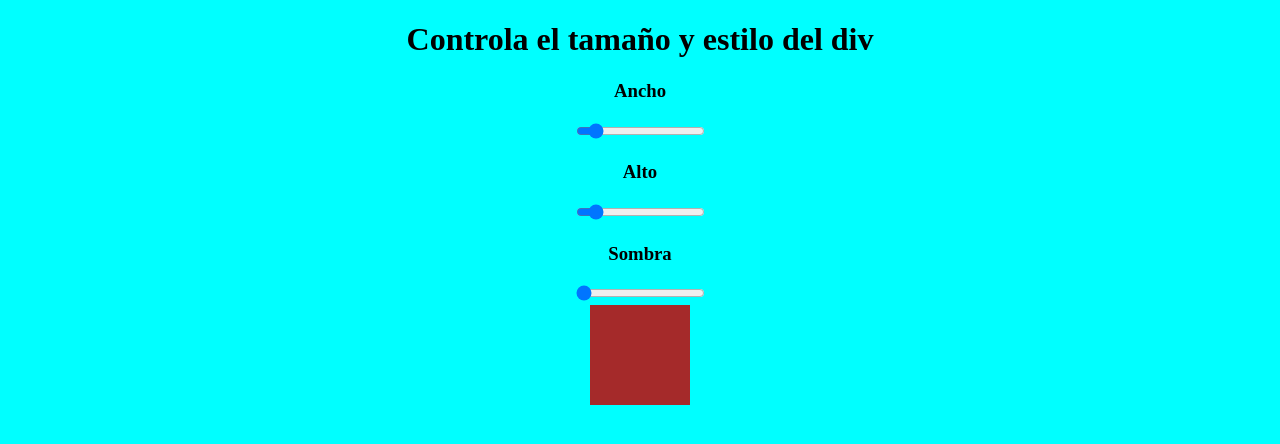
Repository: Kevin8548/Ejercicios-DOM
Page: Deslizador.html
The author's editor kept a copy of each file at every save. The page is drawn from the files as they stood at one save, then again after the next save.
The browser window is 1280 px wide. The pictures show the whole page.

Above is the page before, as saved 2024-10-07 01:42:21.

### Deslizador.html
<!DOCTYPE html>
<html lang="es">
<head>
    <meta charset="UTF-8">
    <meta name="viewport" content="width=device-width, initial-scale=1.0">
    <title>Deslizadores</title>
    <link rel="stylesheet" href="deslizadores.css">
</head>
<body>
    <h1>Controla el tamaño y estilo del div</h1>
    <div>
        <h3>Ancho</h3>
        <input type="range" id="sliderAncho" min="50" max="500" value="100" step="1">
        <h3>Alto</h3>
        <input type="range" id="sliderAlto" min="50" max="500" value="100" step="1">
        <h3>Sombra</h3>
        <input type="range" id="sliderSombra" min="0" max="50" value="0" step="1">
    </div>
    <div class="div"></div>

    <script src="./colorsbg/deslizador.js"></script>
</body>
</html>

### deslizadores.css
body {
    background-color: aqua;
    text-align: center;
}

.div {
    width: 100px;
    height: 100px;
    background-color: brown;
    margin: 0 auto;
}

### colorsbg/deslizador.js
const sliderAncho = document.getElementById('sliderAncho');
const sliderAlto = document.getElementById('sliderAlto');
const sliderBorde = document.getElementById('sliderBorde');
const sliderSombra = document.getElementById('sliderSombra');
const div = document.querySelector('.div');

sliderAncho.addEventListener('input', function() {
    const nuevoAncho = sliderAncho.value + 'px';
    div.style.width = nuevoAncho;
});

sliderAlto.addEventListener('input', function() {
    const nuevoAlto = sliderAlto.value + 'px';
    div.style.height = nuevoAlto;
});

sliderSombra.addEventListener('input', function() {
    const sombra = sliderSombra.value + 'px';
    div.style.boxShadow = `0 0 ${sombra} rgba(0, 0, 0, 0.5)`;
});

After the next save:
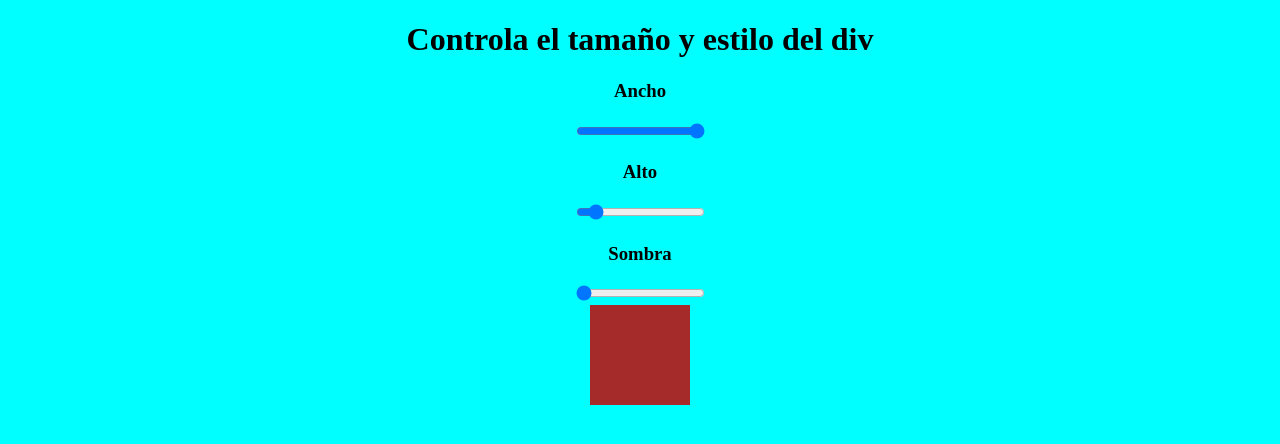
Saved 9 s later.
--- a/Deslizador.html
+++ b/Deslizador.html
@@ -10,7 +10,7 @@
     <h1>Controla el tamaño y estilo del div</h1>
     <div>
         <h3>Ancho</h3>
-        <input type="range" id="sliderAncho" min="50" max="500" value="100" step="1">
+        <input type="range" id="sliderAncho" min="50" max="100" value="100" step="1">
         <h3>Alto</h3>
         <input type="range" id="sliderAlto" min="50" max="500" value="100" step="1">
         <h3>Sombra</h3>
